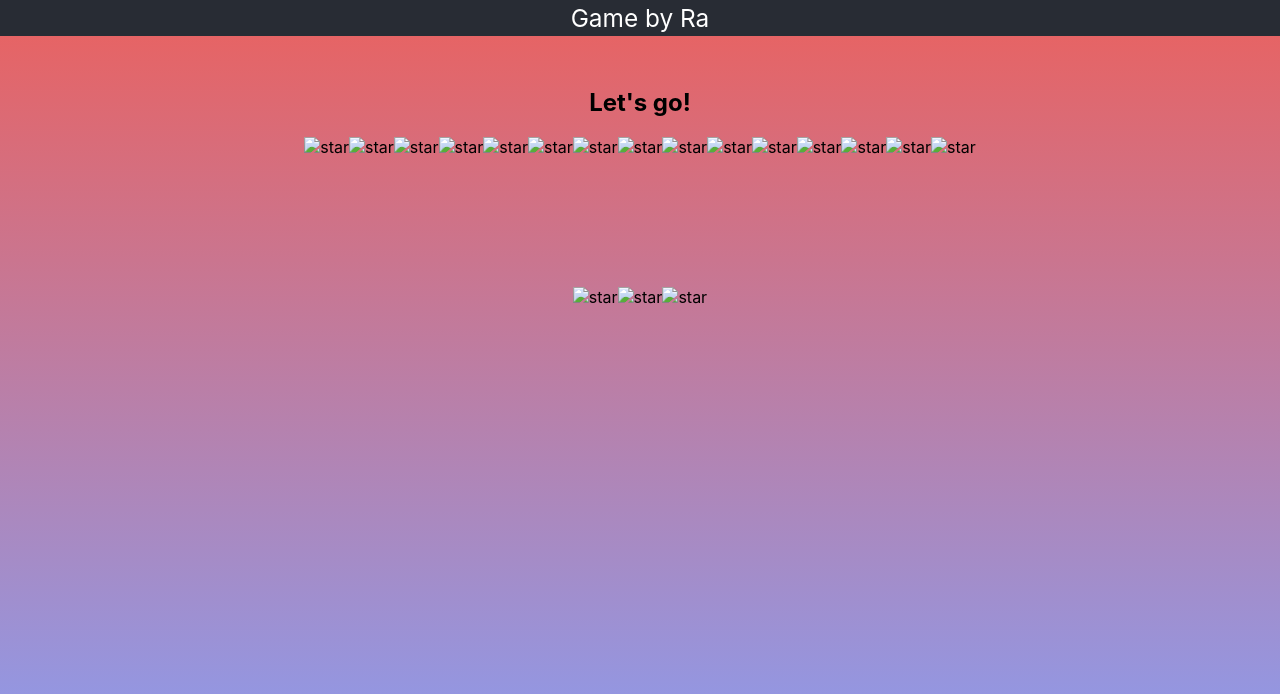
Repository: Sergioramasano/ramos-game
Page: /
An editor plug-in stored every save of this project. The page is shown before and after a run of saves, followed by the edit.
The browser window is 1280 px wide. The pictures show the whole page.
The project was rebuilt for these pictures with package versions that can differ from the ones it lists, and the page was loaded fresh each time.

Above is the page before, as saved 2021-02-11 16:53:51.

### public/index.html
<!DOCTYPE html>
<html lang="en">
  <head>
    <meta charset="utf-8" />
    <link rel="icon" href="%PUBLIC_URL%/favicon.ico" />
    <meta name="viewport" content="width=device-width, initial-scale=1" />
    <meta name="theme-color" content="#000000" />
    <meta
      name="description"
      content="Web site created using create-react-app"
    />
    <link rel="apple-touch-icon" href="%PUBLIC_URL%/logo192.png" />
    <link rel="manifest" href="%PUBLIC_URL%/manifest.json" />
    <title>Game by Ra</title>
  </head>
  <body>
    <noscript>You need to enable JavaScript to run this app.</noscript>
    <div id="root"></div>
  </body>
</html>

### src/App.js
import "./App.css";
import GameBox from "./components/GameBox/GameBox";

const App = () => {
  return (
    <div className="App">
      <header className="App-header">Game by Ra</header>
      <GameBox></GameBox>
    </div>
  );
};

export default App;

### src/App.css
.App {
  text-align: center;
}

.App-header {
  background-color: #282c34;
  height: 5vh;
  display: flex;
  flex-direction: column;
  align-items: center;
  justify-content: center;
  font-size: calc(10px + 2vmin);
  color: white;
}

### src/components/GameBox/GameBox.js
import React, { useState, useEffect } from "react";
import Cards from "../Cards";
import styles from "./Gamebox.module.css";
import age from "../../images/age.jpeg";
import av from "../../images/av.jpeg";
import hq from "../../images/hq.png";
import hs from "../../images/hs.png";
import jq from "../../images/jq.jpg";
import lk from "../../images/lk.jpg";
import sm from "../../images/sm.jpg";
import smm from "../../images/smm.png";
import knight from "../../images/knight.png";
import star from "../../images/star.jpeg";

const GameBox = () => {
  const [imgUrl, setImgUrl] = useState(null);
  const [currentUrlIdx, setCurrentUrlIdx] = useState(null);

  let urls = [age, av, hq, hs, jq, lk, sm, smm, knight];
  urls = urls.map((url, idx) => {
    return { name: url, id: Math.random(), visible: false, idx };
  });

  urls = [...urls, ...urls];
  const setImg = (url) => {
    setImgUrl(url);
    setCurrentUrlIdx(url.idx);
  };
  useEffect(() => {
    if (imgUrl && currentUrlIdx) {
      urls.forEach((u) => {
        if (u.idx === imgUrl.idx) {
          u.visible = true;
          console.log(u.visible);
          setTimeout(() => {
            u.visible = false;
            console.log(u.visible);
          }, 1000);
        }
      });
    }
  }, [currentUrlIdx]);
  return (
    <main className={styles.gamebox}>
      <h2>Let's go!</h2>
      <section updateMe={currentUrlIdx} className={styles.wrap}>
        <Cards urls={urls} styles={styles} setImg={setImg} star={star}></Cards>
      </section>
    </main>
  );
};

export default GameBox;

### src/components/Cards.js
const Cards = (urls, styles, setImg, star) => {
  console.log(urls, 44);
  return urls.urls.map((url) => {
    return (
      <div
        className={styles.card}
        key={Math.random()}
        onClick={() => setImg(url)}
      >
        {url.visible === true ? (
          <img src={url.name} alt="avatar"></img>
        ) : (
          <img src={star} alt="star"></img>
        )}
      </div>
    );
  });
};

export default Cards;

### src/components/GameBox/Gamebox.module.css
.gamebox {
  height: 95vh;
  background: linear-gradient(#e66465, #9198e5);
  padding: 2rem;
  box-sizing: border-box;
}

.wrap {
  margin: auto auto;
  max-width: 700px;
  height: auto;
  width: 100%;
  min-height: 300px;
  display: flex;
  flex-direction: row;
  justify-content: center;
  flex-wrap: wrap;
}

.card {
  display: block;
  width: 100px;
  height: 100px;
  margin: 0.3rem;
}

.card img {
  display: block;
  width: 100%;
  height: 100%;
}

Loaded but not shown: src/index.js (common file); src/index.css (common file)

After the next 2 saves:
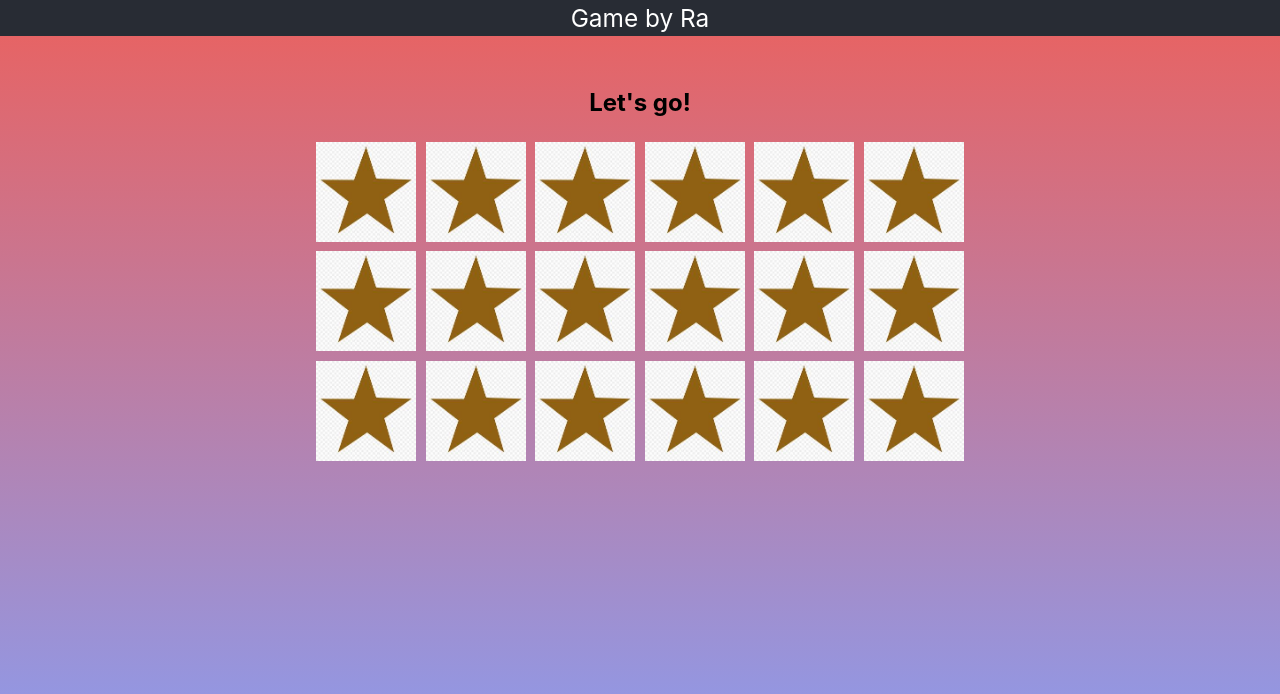
The 2 saves are shown as one change because 1 did not build or start.
The last was saved 72 s later.
--- a/src/components/Cards.js
+++ b/src/components/Cards.js
@@ -1,16 +1,16 @@
-const Cards = (urls, styles, setImg, star) => {
+const Cards = (urls) => {
   console.log(urls, 44);
   return urls.urls.map((url) => {
     return (
       <div
-        className={styles.card}
+        className={urls.styles.card}
         key={Math.random()}
-        onClick={() => setImg(url)}
+        onClick={() => urls.urls.setImg(urls.url)}
       >
         {url.visible === true ? (
-          <img src={url.name} alt="avatar"></img>
+          <img src={urls.url.name} alt="avatar"></img>
         ) : (
-          <img src={star} alt="star"></img>
+          <img src={urls.star} alt="star"></img>
         )}
       </div>
     );
